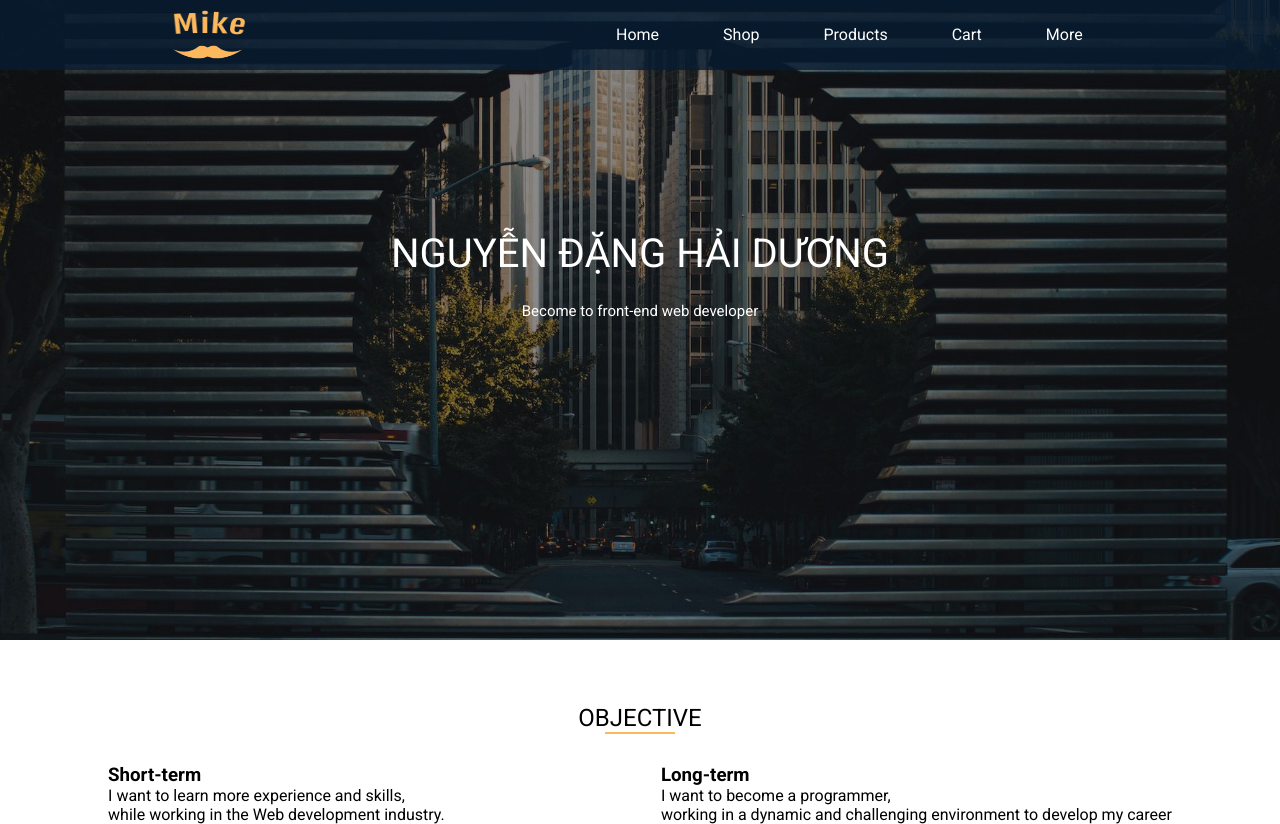
Repository: haiduong7499/Personal-Profile
Page: index.html
These files come from the project's save history. The page is drawn as it stood at one moment and after the next save; the edit follows.
The browser window is 1280 px wide. The pictures show the whole page.

Above is the page before, as saved 2021-02-28 18:57:21.

### index.html
<!DOCTYPE html>
<html lang="en">
<head>
    <meta charset="UTF-8">
    <meta http-equiv="X-UA-Compatible" content="IE=edge">
    <meta name="viewport" content="width=device-width, initial-scale=1.0">
    <link rel="stylesheet" href="style/style.css">
    <link rel="stylesheet" href="style/base.css">
    <link rel="preconnect" href="https://fonts.gstatic.com">
    <link rel="preconnect" href="https://fonts.gstatic.com">
<link href="https://fonts.googleapis.com/css2?family=Roboto:wght@400;700&display=swap" rel="stylesheet">
    <title>Project</title>
</head>
<body>
    <div id="header">
        <img src="./asset/5c0eefeb-053e-4086-8d42-7e5a35580c82_200x200.png" alt="">
            <ul id="navbar">

                <li><a href="#">Home</a></li>
                <li><a href="#">Shop</a></li>
                <li><a href="#">Products</a></li>
                <li><a href="#">Cart</a></li>
                <li><a href="#">More</a></li>
            </ul>
    </div>

    <div id="parallax">
        <div class="content-container">
            <h2 class="content-heading">Nguyễn Đặng Hải Dương</h2>
            <p class="content-text">Become to front-end web developer</p>
        </div>
    </div>


    <div id="objective">
        <div class='objective-heading'>
            <h2>
                Objective
                <hr>
            </h2>
        </div>

        <div class='objective-content'>
            <div class="term">
                <h3>Short-term</h3>
                <p>
                    I want to learn more experience and skills,<br>
                    while working in the Web development industry.
                </p>
            </div>
            <div class="term">
                <h3>Long-term</h3>
                <p>
                    I want to become a programmer,<br>
                    working in a dynamic and challenging environment to develop my career
                </p>
            </div>
        </div>
    </div>

<script src="main.js"></script>
</body>
</html>

### style/style.css
*{
    padding: 0;
    margin: 0;
    box-sizing: border-box;
}
html{
    font-family: 'Roboto', sans-serif;
}
/* Header */
#header {
    display:flex;
    justify-content: space-around;
    height:70px;
    background: rgba(7, 28, 51, 0.8);
    position: fixed;
    top: 0;
    left: 0;
    right: 0;
    z-index: 1;
}
#header img{
    margin: 8px 0;
    width: 84px;
    height: 53px;
}

#navbar li {
    list-style: none;
    line-height: 70px;
    display:inline-block;
}

#navbar li a{
    display: inline-block;
    padding: 0 30px;
    line-height: 70px;
    text-decoration: none;
    color: #fff;
}
#navbar li:hover a{
    color: #fcb85d;
}

#parallax{
    position: relative;
    padding-top:50%;
    background: url(../asset/home-parallax.jpg) top / cover no-repeat;
}
#parallax .content-container{
    position: absolute;
    bottom: 50%;
    width: 100%;
    text-align: center;
    color: #fff;
}
#parallax .content-heading{
    margin-bottom: 25px;
    font-weight: 500;
    font-size: 40px;
    text-transform: uppercase;
}

#parallax .content-text{
    font-size: 15px;
}

#objective{
    width: 100%;
}
#objective .objective-heading{
    padding-top: 5%;
    text-align: center;
}
#objective .objective-heading>h2{
    position: relative;
    font-size: 24px;
    font-weight: 500;
    text-transform: uppercase;
}
#objective .objective-heading>h2>hr{
    position: absolute;
    left: 50%;
    transform: translateX(-50%);
    width:70px;
    height: 2px;
    border: none;
    background-color: #fcb85d
}

#objective .objective-content{
    display: flex;
    justify-content: space-around;
    padding-top: 2.5%;
}
#objective .short-term>h3{
    text-align: center;
}

### main.js
const paralax = document.querySelector("#parallax");

window.addEventListener("scroll", function() {
    let offset = window.pageYOffset;
    parallax.style.backgroundPositionY = offset*1 + "px"
})

Loaded but not shown: style/base.css (no stored copy; drawn as an empty file)

After the next save:
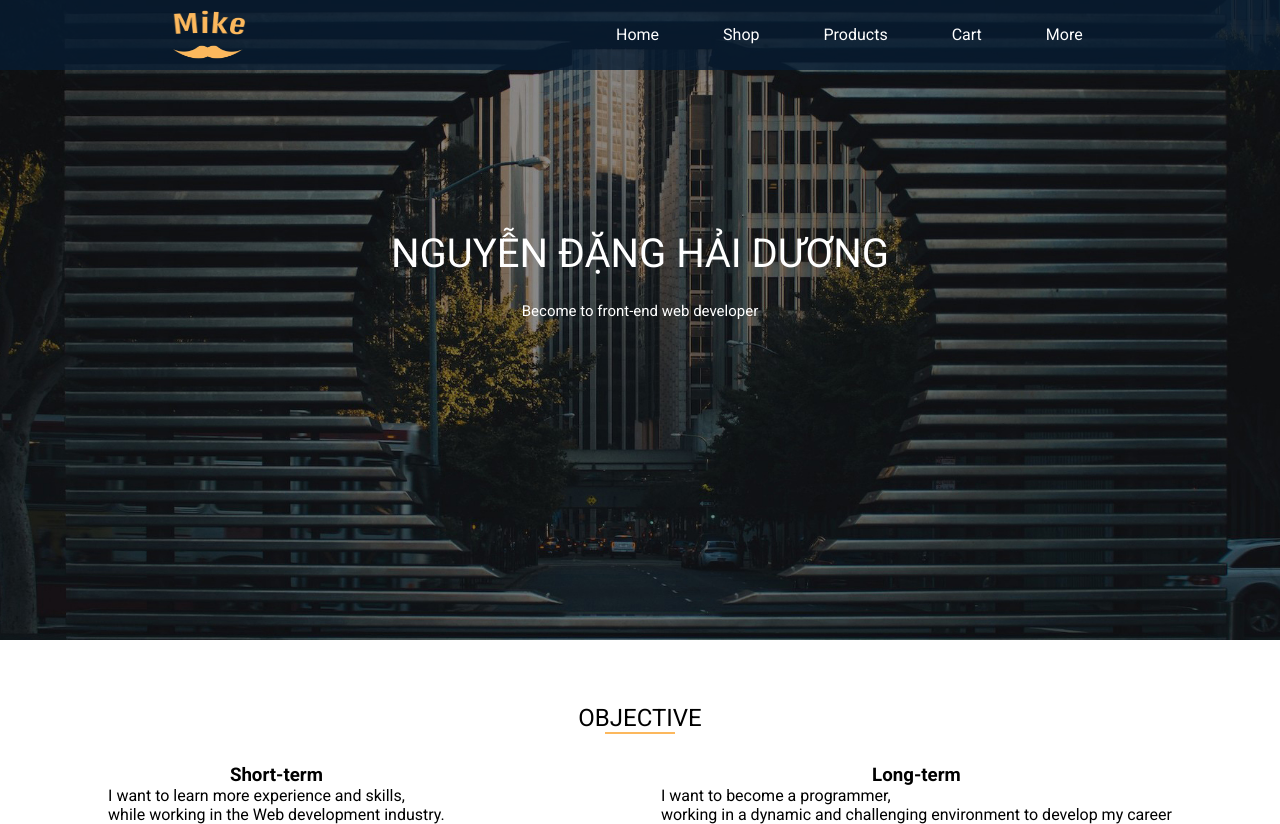
Saved 7 s later.
--- a/style/style.css
+++ b/style/style.css
@@ -92,6 +92,6 @@
     justify-content: space-around;
     padding-top: 2.5%;
 }
-#objective .short-term>h3{
+#objective .term>h3{
     text-align: center;
 }
